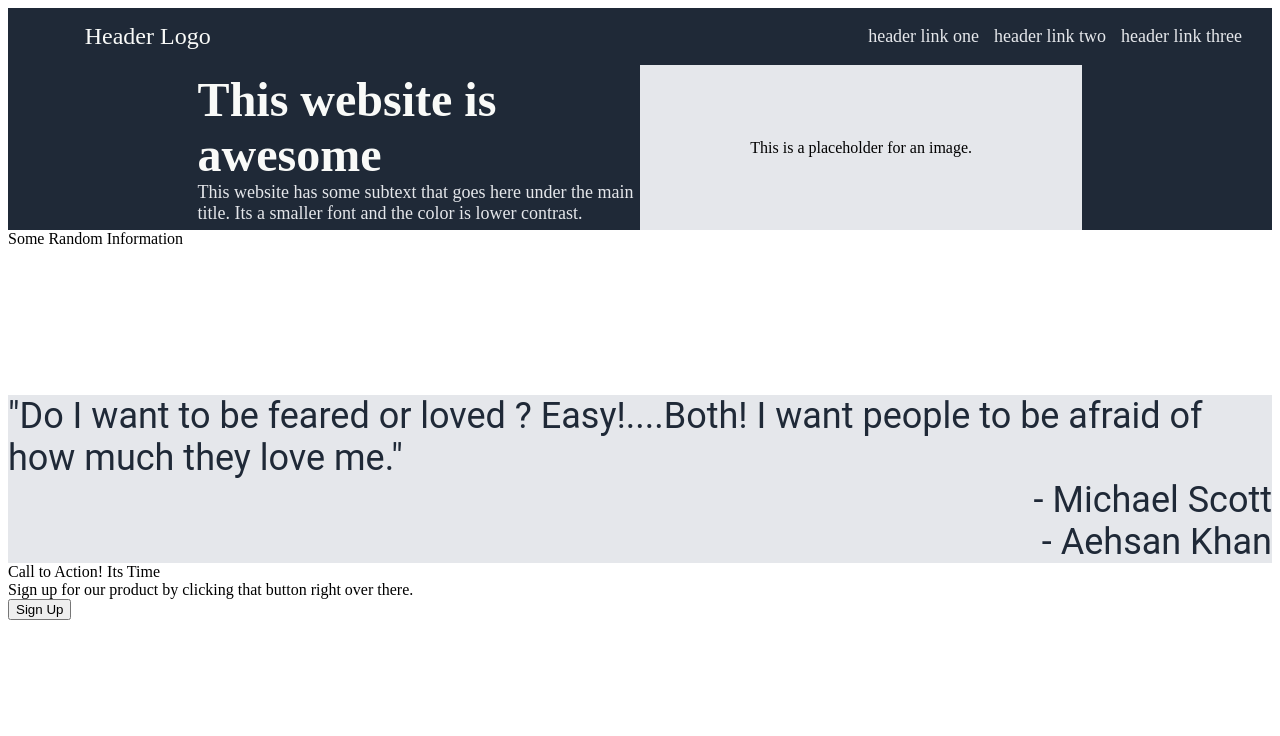
Repository: Aehsan4004/odinlandpage
Page: index.html
These files come from the project's save history. The page is drawn as it stood at one moment and after the next save; the edit follows.
The browser window is 1280 px wide. The pictures show the whole page.

Above is the page before, as saved 2025-02-10 17:44:32.

### index.html
<!DOCTYPE html>
<html lang="en">
<head>
    <meta charset="UTF-8">
    <meta name="viewport" content="width=device-width, initial-scale=1.0">
    <title>Odin Project Landing Page</title>
    <link rel="stylesheet" href="styles.css">
</head>
<body>
    <div class="one">
        <div class="logo">
            Header Logo
        </div>
        <div class="head-links">
            <ul>
                <li>header link one</li>
                <li>header link two</li>
                <li>header link three</li>
            </ul>
        </div>
    </div>

    <div class="two">
        <div class="left-box">
            <div class="title">
                This website is awesome
            </div>

            <div class="content">
                This website has some subtext that goes here under the main title. Its a smaller font and the color is lower contrast.
            </div>

        </div>
        <div class="right-box">
            This is a placeholder for an image.
        </div>

    </div>

    <div class="three">
        <div class="opt-head">
            Some Random Information
        </div>
        <div class="menu-box">
            <div class="box" id="1"></div>
            <div class="box" id="2"></div>
            <div class="box" id="3"></div>
            <div class="box" id="4"></div>
        </div>

    </div>

    <div class="four">
        <div class="quote">
            "Do I want to be feared or loved ?
             Easy!....Both!
             I want people to be afraid of how much they love me."
        </div>
        <div class="quoter"> - Michael Scott</div>
        <div class="requoter"> - Aehsan Khan</div>
    </div>

    <div class="five">
        <div class="foot-box">
            <div class="call2act">
                <div class="main"> Call to Action! Its Time</div>
                <div class="supp">Sign up for our product by clicking that button right over there.</div>
            </div>
            <button class="signup-btn">Sign Up</button>
        </div>
    </div>
</body>
</html>

### styles.css
body {
    display: flex;
    flex-direction: column;
    /* flex: 1 1 100%; */
    /* min-height: 100%; */
    /* align-items: center; */
    justify-content: center;
    height: 100vh;
}

.one {
    display: flex;
    justify-content: space-between;
    align-items: center;
    background-color: #1f2937;
    padding: 15px;
    height: 4vh;
}

.logo {
    font-size: 24px;
    color: #f9faf8;
    margin-left: 5%;
}

.head-links {
    color: #e5e7eb;
    font-size: 18px;
    /* margin: 15px; */
    margin-right: 15px;
}

ul {
    list-style: none;  /* Removes bullet points */
    padding: 0;
    margin: 0;
    display: flex;  /* Makes list items appear in a row */
    gap: 15px;  /* Adds spacing between items */
}

.two {
    display: flex;
    background-color: #1f2937;
    justify-content: center;
    /* margin-top: 20px; */
    height: 24vh;
}
.left-box {
    display: flex;
    flex-direction: column;
    justify-content: center;
    align-items: flex-start;
    /* flex: 1 1 40%; */
    width: 35%;
    flex-wrap: wrap;
}

.title {
    font-weight: 900;
    color: #f9faf8;
    font-size: 48px;
    width: 80%;
}

.content {
    font-size: 18px;
    color: #e5e7eb;
    /* width: 80%; */
}

.right-box {
    display: flex;
    /* flex: 1 1 40%; */
    width: 35%;
    background-color: #e5e7eb;
    flex-wrap: wrap;
    justify-content: center;
    align-items: center;
}

.three {
    height: 24vh;
}

.four {
    height: 24vh;
    display: flex;
    flex-flow: column wrap;
    align-items: center;
    background-color: #e5e7eb;
    color: #1f2937;
    font-size: 36px;
    font-family: 'roboto', sans-serif;
    font-style: 'light-italic';
    /* width: 80%; */
}

.quoter, .requoter {
    align-self: flex-end;
}



.five {
    height: 24vh;
}

After the next save:
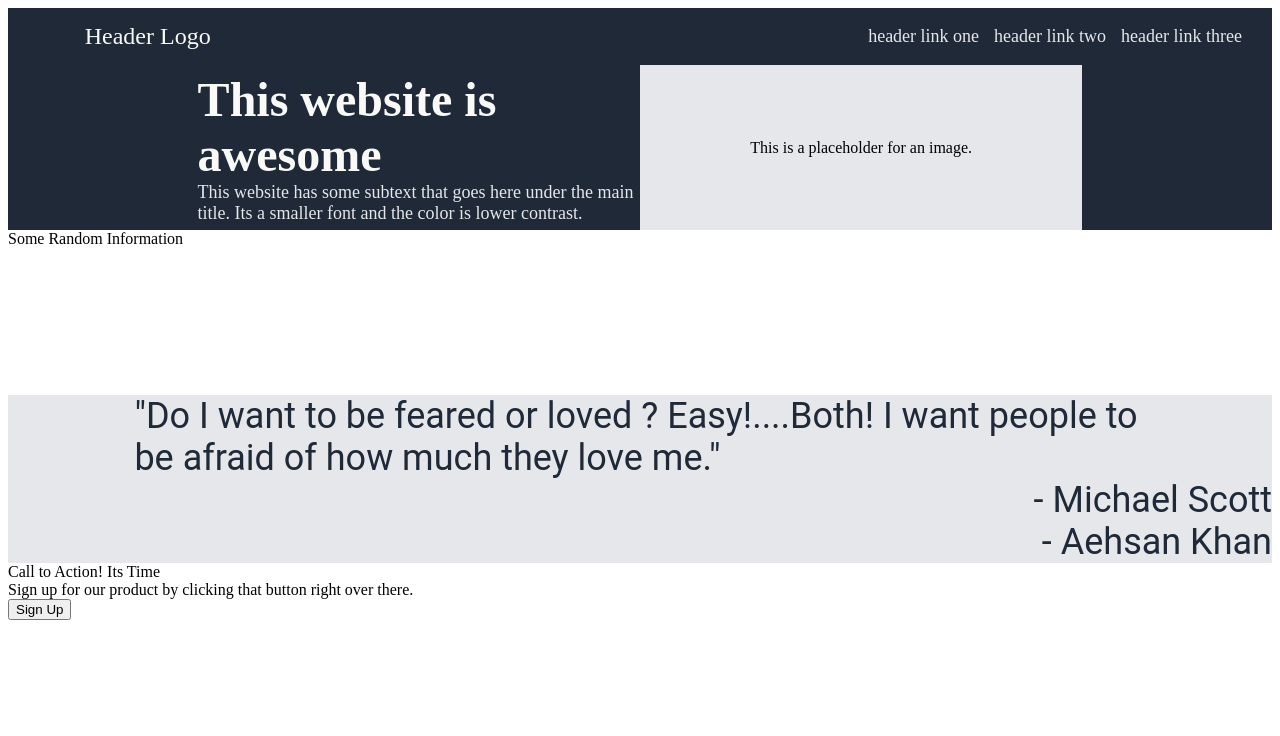
Saved 62 s later.
--- a/styles.css
+++ b/styles.css
@@ -92,9 +92,11 @@
     font-size: 36px;
     font-family: 'roboto', sans-serif;
     font-style: 'light-italic';
-    /* width: 80%; */
 }
 
+.quote {
+    width: 80%;
+}
 .quoter, .requoter {
     align-self: flex-end;
 }
